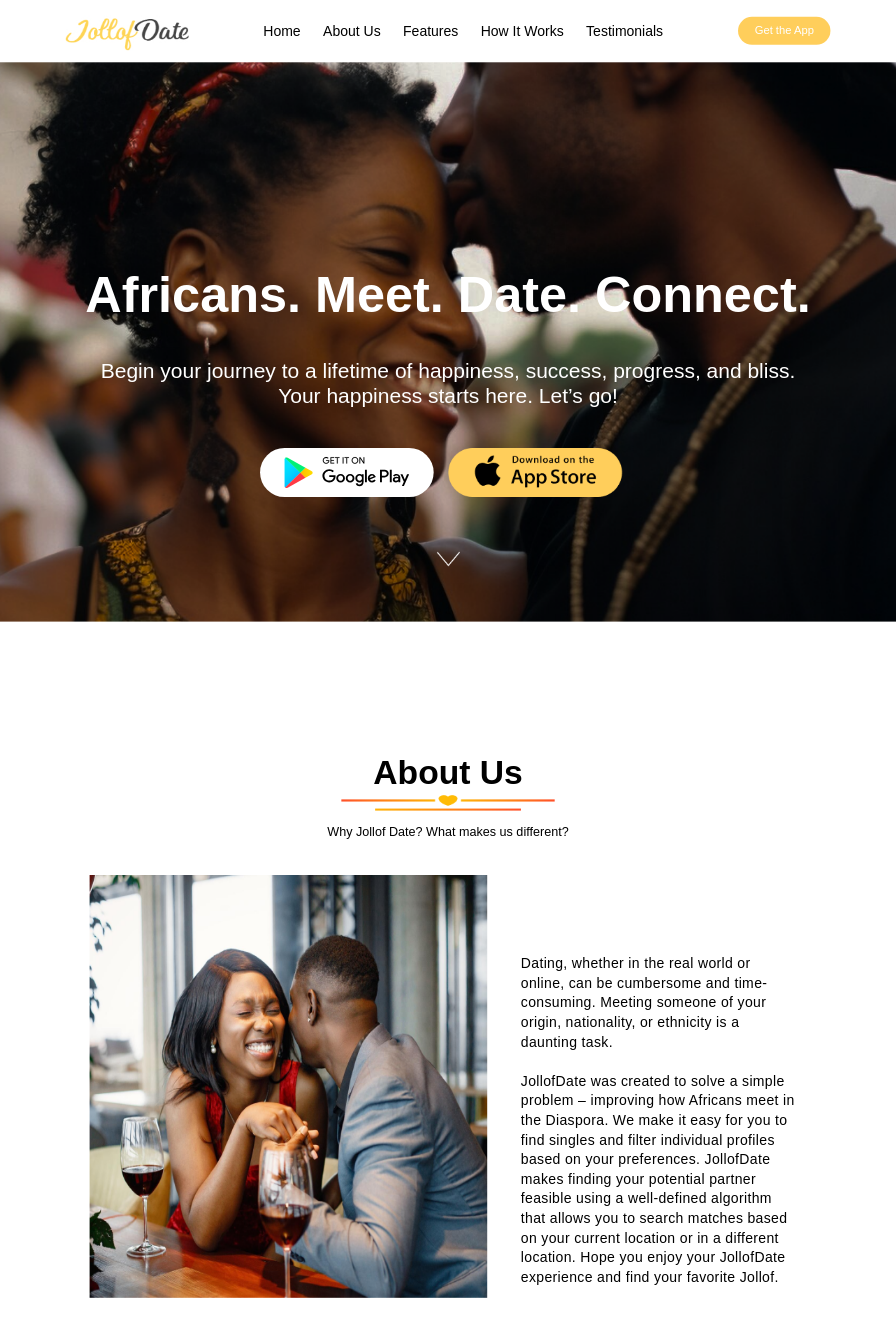
Repository: FarhanNasiru/jollofdate-frontend
Page: /
An editor plug-in stored every save of this project. The page is shown before and after the next save, followed by the edit.
The browser window is 1280 px wide. The pictures show the part of the page from y = 0 to 1920 px (the page is 7652 px tall), at 70% of full size.
Some web fonts or font styles are not loaded; a fallback is used. The project was rebuilt for these pictures with package versions that can differ from the ones it lists, and the page was loaded fresh each time. Also part of the build but not shown: vite.config.js, src/Pages/Footer2.jsx, src/components/Header2.jsx, src/Pages/privacy.jsx, src/Pages/Term.jsx.

Above is the page before, as saved 2024-08-20 07:50:34.

After the next save:
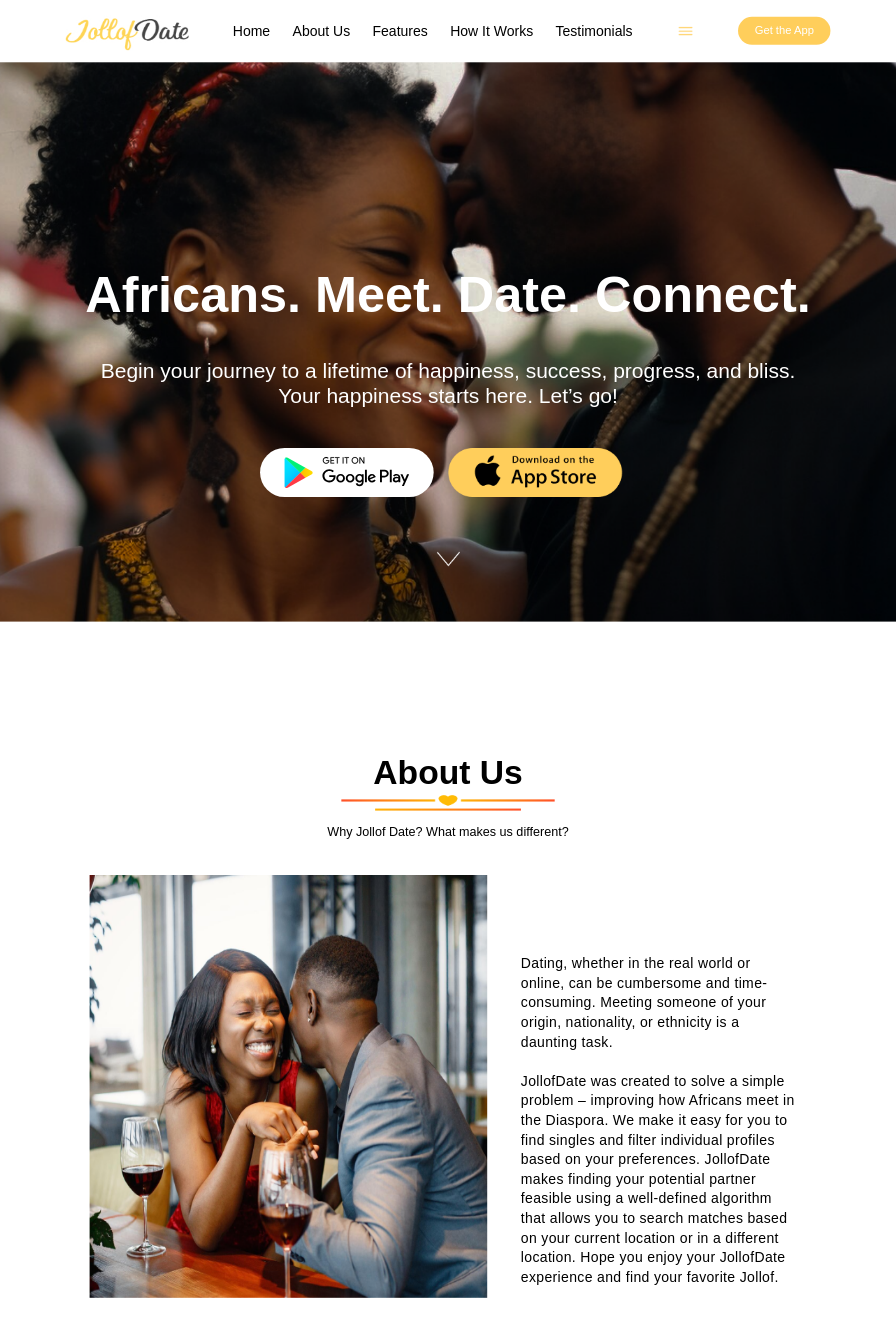
Saved 3 min 54 s later.
--- a/src/components/Header.jsx
+++ b/src/components/Header.jsx
@@ -65,7 +65,7 @@
               </li>
             </ul>
           </nav>
-          <div className="lg:hidden">
+          <div className="hidden lg:flex">
             <button onClick={toggleSidebar} className=" focus:outline">
               {isSidebarOpen ? (
                 <img src="/Images/close-icon.png" alt="" />

After the save that followed:
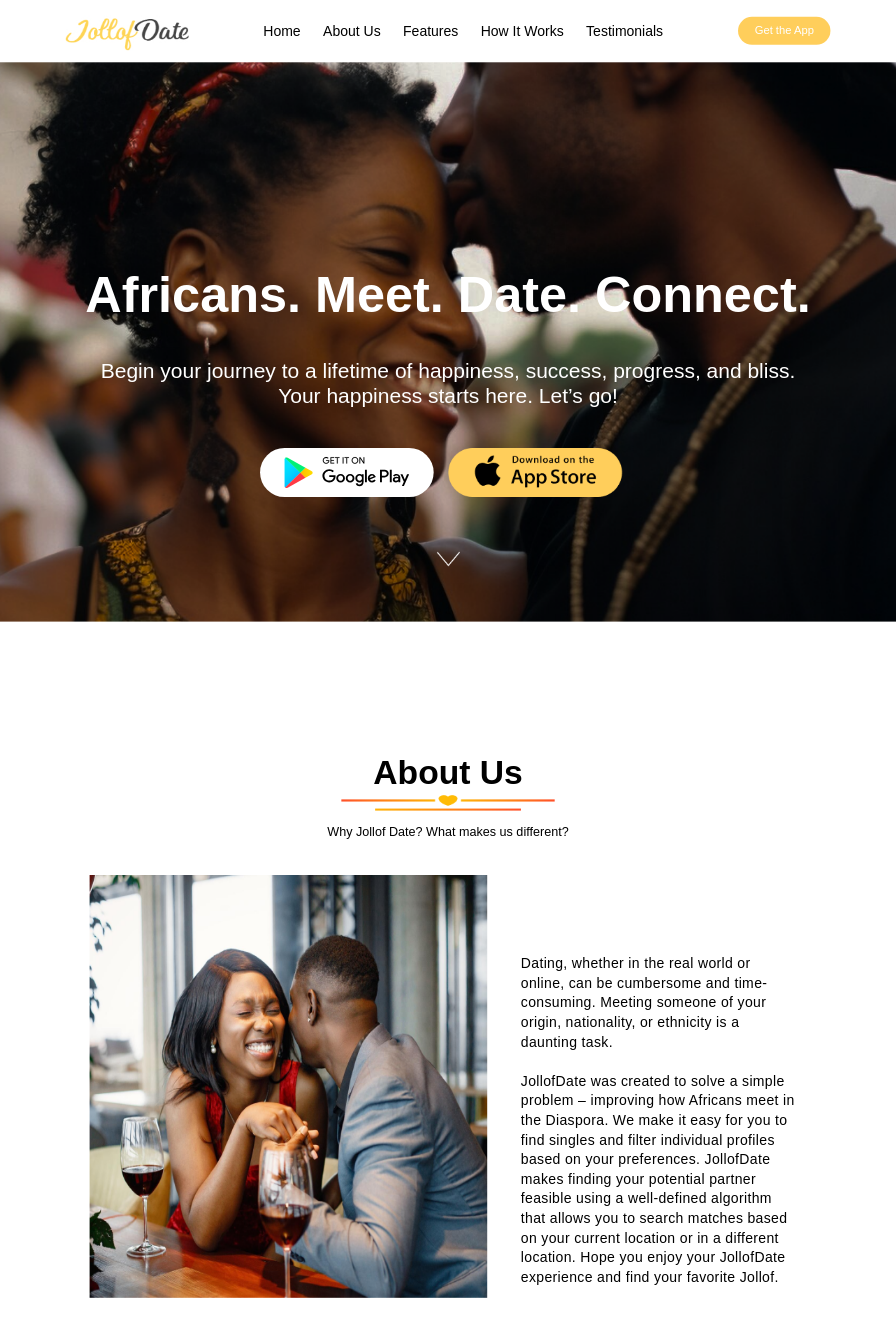
Saved 94 s later.
--- a/src/components/Header.jsx
+++ b/src/components/Header.jsx
@@ -65,7 +65,7 @@
               </li>
             </ul>
           </nav>
-          <div className="hidden lg:flex">
+          <div className="lg:hidden">
             <button onClick={toggleSidebar} className=" focus:outline">
               {isSidebarOpen ? (
                 <img src="/Images/close-icon.png" alt="" />
@@ -88,7 +88,7 @@
         <div className="p-4">
           <button
             onClick={toggleSidebar}
-            className="text-black focus:outline-none mb-8 absolute top-4 right-4"
+            className="text-black focus:outline-none mb-8 absolute lg:hidden top-4 right-4"
           ></button>
           <nav className="text-center">
             <ul className="space-y-10 text-2xl font-medium">
